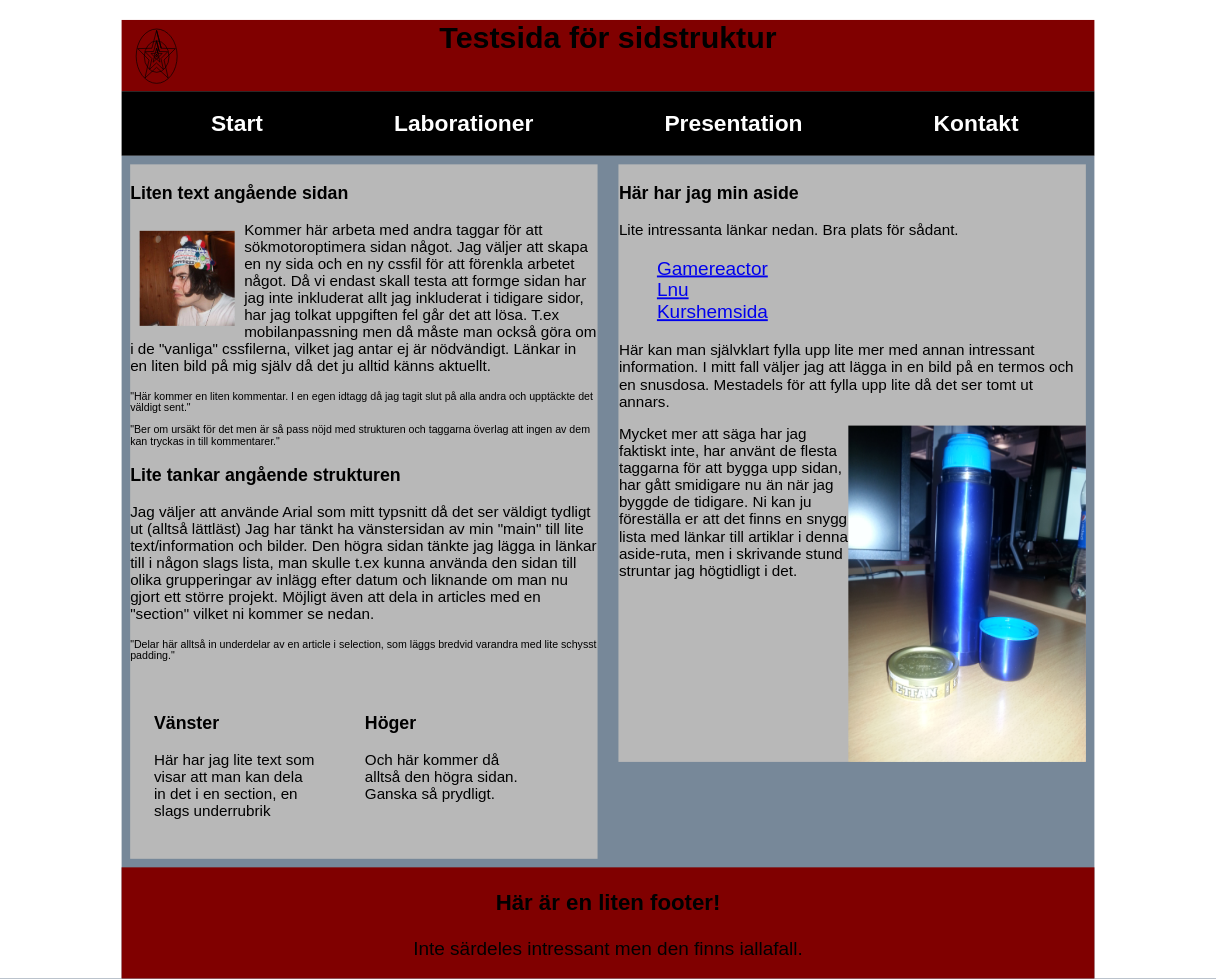
Repository: ao222qc/1IK415_ao222qc_copycat
Page: pages/testsida.html
The author's editor kept a record of every edit. The page is drawn from the files as they stood at one moment, then again after the next edit.
The browser window is 1280 px wide. The pictures show the whole page, at 95% of full size.

Above is the page before.

### pages/testsida.html
<!doctype html>
<html lang="sv">
    <head>
        <meta charset = "utf-8">
        <title>Bloggindex</title>
        <link rel="stylesheet" href="../pics/css/testsida.css" media="screen">
        <link rel="stylesheet" href="../pics/css/print.css" media="print">
        <link rel="stylesheet" href="../pics/css/mobile.css" media="screen and (max-device-width: 480px") />
        <meta content='width=device-width; initial-scale=1.0; maximum-scale=1.0; user-scalable=0;' name='viewport' />
        <link rel="icon"  type="image/x-icon" href="/pics/fav.ico" />
        <link rel="shortcut icon" href="/pics/iosicon.png"/>
         <link rel="apple-touch-icon" href="/pics/iosicon.png"/>
    </head>
<body>
    <Header>
        <h1>Testsida för sidstruktur</h1>
    </Header>
    <Nav>
            <ul>
            <li><a class="index" href="../index.html">Start</a></li>
            <li><a class="laborationer" href="laborationer.html">Laborationer</a></li>
            <li class="active"><a class="presentation" href="presentation.html">Presentation</a></li>
            <li><a class="kontakt" href="kontakt.html">Kontakt</a></li>
            </ul>
    </Nav>


    <Main>
    <Article>
    <h3>Liten text angående sidan</h3>
    <img class="left" src="../pics/labbild.jpg" height=100px width = 100px alt=""/>
    <p>Kommer här arbeta med andra taggar för att sökmotoroptimera sidan något.
       Jag väljer att skapa en ny sida och en ny cssfil för att förenkla arbetet något.
       Då vi endast skall testa att formge sidan har jag inte inkluderat allt jag inkluderat
       i tidigare sidor, har jag tolkat uppgiften fel går det att lösa. T.ex mobilanpassning
       men då måste man också göra om i de "vanliga" cssfilerna, vilket jag antar ej är nödvändigt.
       Länkar in en liten bild på mig själv då det ju alltid känns aktuellt.
    </p>
    <div id="comment">
    <p>"Här kommer en liten kommentar. I en egen idtagg då jag tagit slut på alla andra och upptäckte det väldigt sent."</p>
    <p>"Ber om ursäkt för det men är så pass nöjd med strukturen och taggarna överlag att ingen av dem kan tryckas in till kommentarer."</p>
    </div>
    <h3>Lite tankar angående strukturen</h3>
    <p>Jag väljer att använde Arial som mitt typsnitt då det ser väldigt tydligt ut (alltså lättläst)
       Jag har tänkt ha vänstersidan av min "main" till lite text/information och bilder. Den högra sidan
       tänkte jag lägga in länkar till i någon slags lista, man skulle t.ex kunna använda den sidan till
       olika grupperingar av inlägg efter datum och liknande om man nu gjort ett större projekt. Möjligt
       även att dela in articles med en "section" vilket ni kommer se nedan.
       <div id="comment">
        <p>"Delar här alltså in underdelar av en article i selection, som läggs bredvid varandra med lite schysst padding."</p>
       </div>
       <Section>
       <h3>Vänster</h3>
           <p>Här har jag lite text som visar att man kan dela in det i en section, en slags underrubrik</p>
       </Section>
       <Section>
       <h3>Höger</h3>
           <p>Och här kommer då alltså den högra sidan. Ganska så prydligt.</p>
       </Section>
    </p>
    </Article>
<Aside>
<h3>Här har jag min aside</h3>
<p>Lite intressanta länkar nedan. Bra plats för sådant.</p>
    <ul>
    <a href="http://www.gamereactor.se/">Gamereactor</a>
    <a href="http://lnu.se/">Lnu</a>
    <a href="https://coursepress.lnu.se/">Kurshemsida</a>
    </ul>

    <p>Här kan man självklart fylla upp lite mer med annan intressant information.
        I mitt fall väljer jag att lägga in en bild på en termos och en snusdosa.
        Mestadels för att fylla upp lite då det ser tomt ut annars.
    </p>
    <img class="right" src="../pics/bloggbild.jpg" height=354px width=250px alt=""/>
    <p>Mycket mer att säga har jag faktiskt inte, har använt de flesta taggarna för
        att bygga upp sidan, har gått smidigare nu än när jag byggde de tidigare.
        Ni kan ju föreställa er att det finns en snygg lista med länkar till artiklar
        i denna aside-ruta, men i skrivande stund struntar jag högtidligt i det.
    </p>
</Aside>
<Footer>
    <h3>Här är en liten footer!</h3>
    <p>Inte särdeles intressant men den finns iallafall.</p>
</Footer>

    </Main>
</body>

### pics/css/testsida.css
body
{
    margin: 0 auto;
    width:1024px;
    height:auto;
    font-family:Arial;

}
Header
{
    text-align:center;
    background-color:Maroon;
    height:75px;
    background-image: url("../vektorgrafik.svg");
    background-size:75px 75px;
    background-repeat:no-repeat;
    width:100%;
}
Nav
{
    font-size: 150%;
    font-weight: bold;
    background-color: black;
    width:1024px;
    display:block;
    float:left;
}
    Nav ul
    {
    list-style-type: none;
    margin: 0;
    padding: 0;
    }

    Nav ul li a
    {
    text-decoration: none;
    padding: 24px 24px;
    color: white;
    text-align:center;
    }

Nav ul li
{
    float:left;
    margin:20px;
    margin-left:70px;
}
Nav ul li a:hover
{
  color:Maroon;
}

Main
{
    margin: 0 auto;
    float:left;
    height:auto;
    background-color:#778899;
}
Article
{
    float:left;
    width:48%;
    height:auto;
    background-color:#B8B8B8 ;
    margin-left:9px;
    margin-top:9px;
    margin-bottom:9px;
}
Section
{
    width:35%;
    float:left;
    margin:25px;
}
.left
{
    margin:5px;
    padding:5px;
    float:left;
}
.right
{
    float:right;
}
Aside
{
    width:48%;
    float:right;
    background-color:#B8B8B8 ;
    border-width:5px;
    height:100%;
    margin-right:9px;
    margin-top:9px;
}
Aside ul
{

    width:1%;
    font-size:125%;
    text-decoration:none;

}
Aside ul li
{
    width:50px;
    float:left;
}
Footer
{
    font-size:125%;
    float:left;
    width:100%;
    background-color:Maroon;
    text-align:center;
}
#comment
{

    font-size:70%;
    float:none;
}

### pics/css/print.css
body
{
  color : #000000;
  background : #ffffff;
  font-family : "Times New Roman", Times, serif;
  font-size : 12pt;
}
#navigation
{
    display: none;
}
img
{
    display:none;
    visibility: hidden;
}

a:link:after,
a:visited:after
{
    font-size : 12pt;
    content: " ("attr(href) ") ";
}

### pics/css/mobile.css
@media screen and (min-device-width: 320px) and (max-device-width: 480px) {

#background
{
    min-width:320px;
    max-width:100%;
    max-height:100%;
}

body
{
    margin:0; padding:0;
}

table
{
    margin-left:2px;
}

#header
{
    min-width:320px;
    max-width:100%;
    text-align:center;
    background-size: 50px, 50px;
    height:auto;
}
#navigation
{
   min-width:100%;
    max-width:100%;
    float:none;
    text-align:center;
    display:block;
}

#content
{
  min-width:320px;
  max-width:100%;
  padding: 0;
  margin: 0;
}

#vektorgrafik
{
    float:none;
    height:300px;
    width:300px;
}

#mittnylle
{
    height:300px;
    width:300px;
}

#loga
{
    height:300px;
    width:330px;
}

#footer
{
    min-width:320px;
    max-width:100%;
    font-size:85%;
    background-position:right;
    text-align:left;
}

ol dl
{
    font-size:85%;
}




















}

After the next edit:
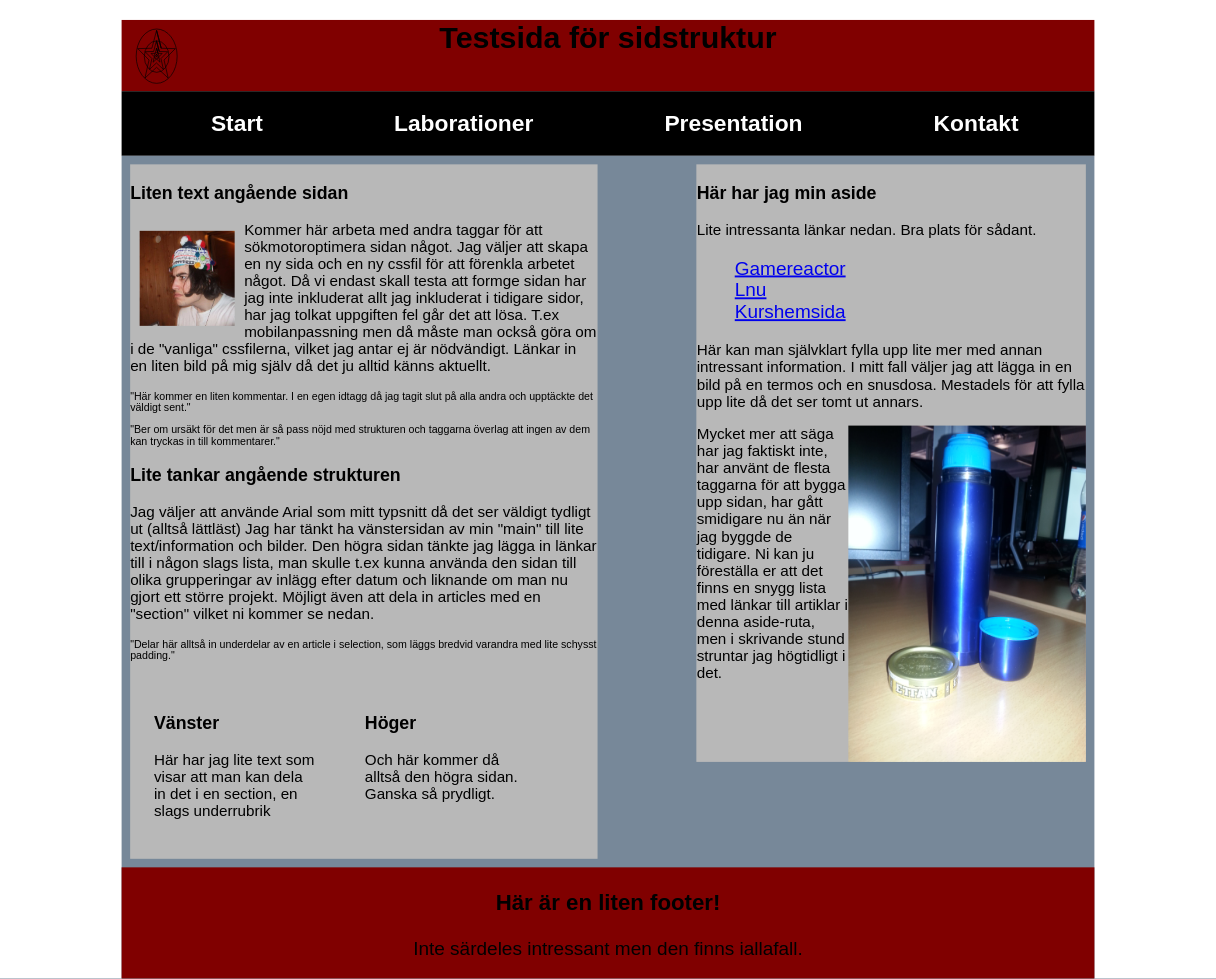
The edit:
--- a/pics/css/testsida.css
+++ b/pics/css/testsida.css
@@ -86,7 +86,7 @@
 }
 Aside
 {
-    width:48%;
+    width:40%;
     float:right;
     background-color:#B8B8B8 ;
     border-width:5px;
